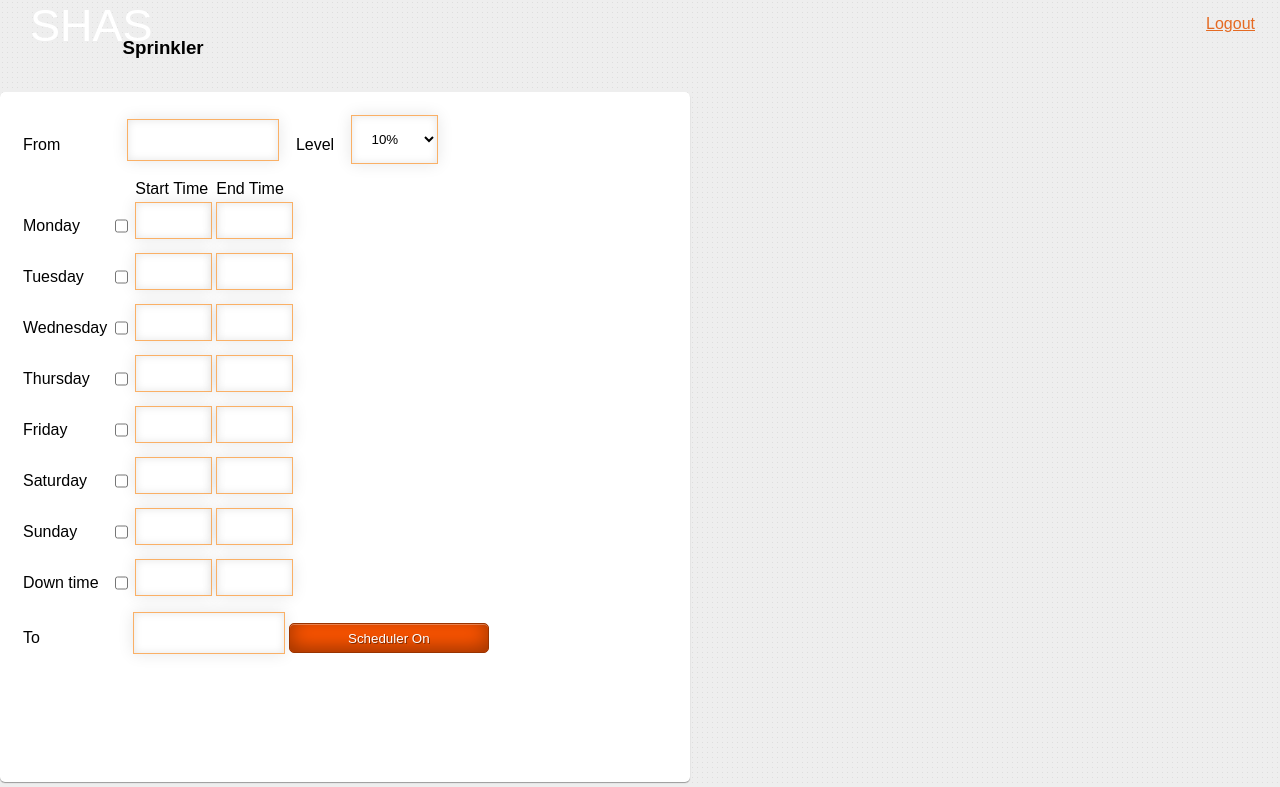
Repository: hassan-stash/shas
Page: http://localhost/SHAS/SprinklerGUI.jsp
The author's editor kept a copy of each file at every save. The page is drawn from the files as they stood at one save, then again after the next save.
The browser window is 1280 px wide. The pictures show the whole page.
The page is served by Tomcat 9. Other server files are loaded and not shown. The template is opened directly, without the code that normally fills it, so the values that code supplies are empty.

Above is the page before, as saved 2013-04-06 23:33:47.
Console error: ReferenceError: initMenu is not defined

### SHAS/WebContent/SprinklerGUI.jsp
<%@ page language="java" contentType="text/html; charset=ISO-8859-1"
	pageEncoding="ISO-8859-1" import="java.util.Calendar"%>
<!DOCTYPE html PUBLIC "-//W3C//DTD HTML 4.01 Transitional//EN" "http://www.w3.org/TR/html4/loose.dtd">
<html>
<head>
<meta http-equiv="Content-Type" content="text/html; charset=ISO-8859-1">

<title>Sprinkler GUI page</title>

<link rel="stylesheet" type="text/css"
	href="css/ui-lightness/jquery-ui-1.10.1.custom.css" />
<link rel="stylesheet" type="text/css" href="css/general.css" />
<link rel="stylesheet" type="text/css"
	href="css/ui-lightness/jquery-ui-1.10.1.custom.min.css" />
<link rel="stylesheet" type="text/css" href="css/timepicker.css" />
<script type="text/javascript" src="js/jquery-1.9.1.js"></script>
<script type="text/javascript" src="js/jquery-ui-1.10.1.custom.js"></script>
<script type="text/javascript" src="js/jquery-ui-1.10.1.custom.min.js"></script>
<script type="text/javascript" src="js/timepicker.js"></script>

<script>
	// When document ready, call initMenu() function
	$(document).ready(function() {
		initMenu();
	});
	$(document).ready(function() {
		$(function() {
			$('#selectedDateTime').datetimepicker();
		});
		$(function() {
			$('#fromDate').datetimepicker({
				dateFormat : 'yy-mm-dd'

			});
		});
		$(function() {
			$('#toDate').datetimepicker({
				dateFormat : 'yy-mm-dd'

			});
		});

		$(function() {
			$('#MonFromtime').datetimepicker({
				timeOnly : true

			});
		});
		$(function() {
			$('#MonTotime').datetimepicker({
				timeOnly : true

			});
		});
		$(function() {
			$('#TueFromtime').datetimepicker({
				timeOnly : true

			});
		});
		$(function() {
			$('#TueTotime').datetimepicker({
				timeOnly : true

			});
		});
		$(function() {
			$('#WedFromtime').datetimepicker({
				timeOnly : true

			});
		});
		$(function() {
			$('#WedTotime').datetimepicker({
				timeOnly : true

			});
		});
		$(function() {
			$('#ThuFromtime').datetimepicker({
				timeOnly : true

			});
		});
		$(function() {
			$('#ThuTotime').datetimepicker({
				timeOnly : true

			});
		});
		$(function() {
			$('#FriFromtime').datetimepicker({
				timeOnly : true

			});
		});
		$(function() {
			$('#FriTotime').datetimepicker({
				timeOnly : true

			});
		});
		$(function() {
			$('#SatFromtime').datetimepicker({
				timeOnly : true

			});
		});
		$(function() {
			$('#SatTotime').datetimepicker({
				timeOnly : true

			});
		});
		$(function() {
			$('#SunFromtime').datetimepicker({
				timeOnly : true

			});
		});
		$(function() {
			$('#SunTotime').datetimepicker({
				timeOnly : true

			});
		});
		$(function() {
			$('#DownFromtime').datetimepicker({
				timeOnly : true

			});
		});
		$(function() {
			$('#DownTotime').datetimepicker({
				timeOnly : true

			});
		});



		$(function() {
			$('#fromTime').datetimepicker({
				timeOnly : true

			});
		});
		$(function() {
			$('#toTime').datetimepicker({
				timeOnly : true

			});
		});

		$(function() {
			$('#overridefromDate').datetimepicker({
				dateFormat : 'yy-mm-dd'

			});
		});
		$(function() {
			$('#overrideToDate').datetimepicker({
				dateFormat : 'yy-mm-dd'

			});
		});
		$(function() {
			$('#shutFromDate').datetimepicker({
				dateFormat : 'yy-mm-dd'

			});
		});
		$(function() {
			$('#shutToDate').datetimepicker({
				dateFormat : 'yy-mm-dd'

			});
		});

	});

	function clickschedule() {
		document.sprinklerform.btnSchedule.value = "Sprinkler Off";
		//sprinklerform.submit();
	}
</script>

</head>
<body>


<div id="logo">SHAS</div>
<div id="logout"><a href="LogoutPage.jsp">Logout</a></div>
<!-- end of logout div -->
<form name="sprinklerform" action="SprinklerServlet" method="post"><br>

<%
	System.out.println("in scripletttttttttttttttttt");
	String btnScheduleValue;
	String btnOverScheduleValue;
	boolean ten = false;
	boolean twenty = false;
	boolean thirty = false;
	boolean forty = false;
	boolean fifty = false;
	boolean sixty = false;
	boolean seventy = false;
	boolean eighty = false;
	boolean ninety = false;
	boolean hundred = false;

	boolean monday = false;
	boolean tuesday = false;
	boolean wednesday =false;
	boolean thursday = false;
	boolean friday =false;
	boolean saturday =false;
	boolean sunday =false;
	boolean downtime =false;



	String Value;
	System.out.println("in scriplet");

	if (request.getAttribute("schedulerstatus") == null) {
		btnScheduleValue = "Scheduler On";

	} else {

		btnScheduleValue = (String) request
				.getAttribute("schedulerstatus");

	}





	String selectedFromdate = (String) request
			.getAttribute("cfromDate");
	String selectedTodate = (String) request.getAttribute("ctoDate");

	String oselectedFromdate = (String) request
			.getAttribute("ofromDate");
	String oselectedTodate = (String) request.getAttribute("otoDate");

	if (selectedFromdate == null) {
		selectedFromdate = "";
	}
	if (selectedTodate == null) {
		selectedTodate = "";
	}

	//-------------days set -------------------//
	String MonFromtime = (String) request
	.getAttribute("cMonFrom");
	String MonTotime = (String) request
	.getAttribute("cMonTo");
	if (MonFromtime == null)
	{
		MonFromtime = "";
	}
	if(MonTotime == null)
	{
		MonTotime ="";
	}

	String TueFromtime= (String) request
	.getAttribute("cTueFrom");
	String TueTotime= (String) request
	.getAttribute("cTueTo");
	if (TueFromtime == null)
	{
		TueFromtime = "";
	}
	if(TueTotime == null)
	{
		TueTotime ="";
	}

	String WedFromtime= (String) request
	.getAttribute("cWedFrom");
	String WedTotime= (String) request
	.getAttribute("cWedTo");
	if (WedFromtime == null)
	{
		WedFromtime = "";
	}
	if(WedTotime == null)
	{
		WedTotime ="";
	}

	String ThuFromtime= (String) request
	.getAttribute("cThuFrom");
	String ThuTotime= (String) request
	.getAttribute("cThuTo");
	if (ThuFromtime == null)
	{
		ThuFromtime = "";
	}
	if(ThuTotime == null)
	{
		ThuTotime ="";
	}

	String FriFromtime= (String) request
	.getAttribute("cFriFrom");
	String FriTotime= (String) request
	.getAttribute("cFriTo");
	if (FriFromtime == null)
	{
		FriFromtime = "";
	}
	if(FriTotime == null)
	{
		FriTotime ="";
	}

	String SatFromtime= (String) request
	.getAttribute("cSatFrom");
	String SatTotime= (String) request
	.getAttribute("cSatTo");
	if (SatFromtime == null)
	{
		SatFromtime = "";
	}
	if(SatTotime == null)
	{
		SatTotime ="";
	}


	String SunFromtime= (String) request
	.getAttribute("cSunFrom");
	String SunTotime= (String) request
	.getAttribute("cSunTo");
	if (SunFromtime == null)
	{
		SunFromtime = "";
	}
	if(SunTotime == null)
	{
		SunTotime ="";
	}


	String DownFromtime= (String) request
	.getAttribute("cDwnFrom");
	String DownTotime= (String) request
	.getAttribute("cDwnTo");
	if (DownFromtime == null)
	{
		DownFromtime = "";
	}
	if(DownTotime == null)
	{
		DownTotime ="";
	}

	//-----------------------------------------//


	//------------ for setting field values ----------------------------//
	System.out.println("beforen switch");

	String electedlevel = (String) request.getAttribute("clevel");
	if (electedlevel == null)
		electedlevel = "10";
	switch (Integer.parseInt(electedlevel)) {
	case 10:
		ten = true;
		break;
	case 20:
		twenty = true;
		break;
	case 30:
		thirty = true;
		break;
	case 40:
		forty = true;
		break;
	case 50:
		fifty = true;
		break;
	case 60:
		sixty = true;
		break;
	case 70:
		seventy = true;
		break;
	case 80:
		eighty = true;
		break;
	case 90:
		ninety = true;
		break;
	case 100:
		hundred = true;
		System.out.println("in hindred");
		break;
	default:
		ten = true;
		break;
	}


		//-------------required field check -------------------------------//
	String strMessage = "";
	if (request.getAttribute("ssReqFieldDefault") != null) {
		strMessage = request.getAttribute("ssReqFieldDefault")
				.toString();

	} else {
		strMessage = "";
	}

	System.out.println("outn switch");
%>

<div>

<h3>Sprinkler</h3>

<span type="text" id="lblMessage" name="lblMessage" class="color-red"><%=strMessage%></span>

</div>

<div>

<article>

<table border="0">
	<tr>
		<td>From &nbsp;&nbsp;&nbsp;&nbsp;&nbsp;&nbsp;&nbsp;&nbsp;&nbsp;&nbsp;&nbsp;&nbsp;&nbsp;</td>
		<td><input type="text" id="fromDate" name="fromDate"
			value="<%=selectedFromdate%>" class="dateinput" /></td>
			<td>&nbsp;&nbsp;&nbsp;Level&nbsp;&nbsp;&nbsp;</td>
		<td><select name="level">
			<option value="10" <%if (ten == true) {%> selected="selected" <%}%>>10%</option>
			<option value="20" <%if (twenty == true) {%> selected="selected"
				<%}%>>20%</option>
			<option value="30" <%if (thirty == true) {%> selected="selected"
				<%}%>>30%</option>
			<option value="40" <%if (forty == true) {%> selected="selected" <%}%>>40%</option>
			<option value="50" <%if (fifty == true) {%> selected="selected" <%}%>>50%</option>
			<option value="60" <%if (sixty == true) {%> selected="selected" <%}%>>60%</option>
			<option value="70" <%if (seventy == true) {%> selected="selected"
				<%}%>>70%</option>
			<option value="80" <%if (eighty == true) {%> selected="selected"
				<%}%>>80%</option>
			<option value="90" <%if (ninety == true) {%> selected="selected"
				<%}%>>90%</option>
			<option value="100" <%if (hundred == true) {%> selected="selected"
				<%}%>>100%</option>
		</select></td>

	</tr>
</table>

<table border="0">
	<tr>
		<td></td>
		<td>
		</td>
		<td>Start Time
		</td>
		<td>End Time </td>
	</tr>
	<tr>
		<td >Monday</td>
		<td ><input type="checkbox" name="chkMon" id="chkMon" <%if (monday == true) {%> checked="checked" <%}%> ></td>
		<td valign="top"><input type="text" id="MonFromtime" name="MonFromtime" class="timeinput"
			value="<%=MonFromtime%>" /></td>

		<td valign="top"><input type="text" id="MonTotime" name="MonTotime" class="timeinput"
			value="<%=MonTotime%>" /></td>
	</tr>
	<tr>
		<td>Tuesday</td>
		<td><input type="checkbox" name="chkTue" name="chkTue" <%if (tuesday == true) {%> checked="checked" <%}%>></td>
		<td><input type="text" id="TueFromtime" name="TueFromtime" class="timeinput"
			value="<%=TueFromtime%>" /></td>

		<td><input type="text" id="TueTotime" name="TueTotime" class="timeinput"
			value="<%=TueTotime%>" /></td>
	</tr>
	<tr>
		<td>Wednesday</td>
		<td><input type="checkbox" name="chkWed" name="chkWed" <%if (wednesday == true) {%> checked="checked" <%}%>></td>
		<td><input type="text" id="WedFromtime" name="WedFromtime" class="timeinput"
			value="<%=WedFromtime%>" /></td>

		<td><input type="text" id="WedTotime" name="WedTotime" class="timeinput"
			value="<%=WedTotime%>" /></td>
	</tr>
		<tr>
		<td>Thursday</td>
		<td><input type="checkbox" name="chkThu" name="chkThu" <%if (thursday == true) {%> checked="checked" <%}%>></td>
		<td><input type="text" id="ThuFromtime" name="ThuFromtime" class="timeinput"
			value="<%=ThuFromtime%>" /></td>

		<td><input type="text" id="ThuTotime" name="ThuTotime" class="timeinput"
			value="<%=ThuTotime%>" /></td>
	</tr>
	<tr>
		<td>Friday</td>
		<td><input type="checkbox" name="chkFri" name="chkFri" <%if (friday == true) {%> checked="checked" <%}%>></td>
		<td><input type="text" id="FriFromtime" name="FriFromtime" class="timeinput"
			value="<%=FriFromtime%>" /></td>

		<td><input type="text" id="FriTotime" name="FriTotime" class="timeinput"
			value="<%=FriTotime%>" /></td>
	</tr>
	<tr>
		<td>Saturday</td>
		<td><input type="checkbox" name="chkSat" name="chkSat" <%if (saturday== true) {%> checked="checked" <%}%>></td>
		<td><input type="text" id="SatFromtime" name="SatFromtime" class="timeinput"
			value="<%=SatFromtime%>" /></td>

		<td><input type="text" id="SatTotime" name="SatTotime" class="timeinput"
			value="<%=SatTotime%>" /></td>
	</tr>
	<tr>
		<td>Sunday</td>
		<td><input type="checkbox" name="chkSun" name="chkSunday"
			<%if (sunday == true) {%> checked="checked" <%}%>></td>
		<td><input type="text" id="SunFromtime" name="SunFromtime" class="timeinput"
			value="<%=SunFromtime%>" /></td>
		<td><input type="text" id="SunTotime" name="SunTotime" class="timeinput"
			value="<%=SunTotime%>" /></td>
	</tr>
	<tr>

		<td>Down time</td>
		<td><input type="checkbox" name="chkDown" name="chkDown"
			<%if (downtime == true) {%> checked="checked" <%}%>></td>
		<td><input type="text" id="DownFromtime" name="DownFromtime" class="timeinput"
			value="<%=DownFromtime%>" /></td>

		<td><input type="text" id="DownTotime" name="DownTotime" class="timeinput"
			value="<%=DownTotime%>" /></td>

	</tr>


</table>
<table border="0">
	<tr>
		<td>To &nbsp;&nbsp;&nbsp;&nbsp;&nbsp;&nbsp;&nbsp;&nbsp;&nbsp;&nbsp;&nbsp;&nbsp;&nbsp;&nbsp;&nbsp;&nbsp;&nbsp;&nbsp;&nbsp;</td>
		<td><input type="text" id="fromDate" name="fromDate"
			value="<%=selectedTodate%>" class="dateinput" /></td>
			<td><input type="submit" id="btnSchedule" name="btnSchedule"
			value="<%=btnScheduleValue%>" class="buttonorange " /></td>

	</tr>

</table>


</article>

</div>

</form>
</body>
</html>

### SHAS/WebContent/css/general.css
<style type="text/css">
.color-red {
	color: #F00;
}

body {
	background: #eee
		url(data:[embedded picture, 218 characters]);
	font-family: Arial, Helvetica, sans-serif;
	font-size: 16px;
	margin: 0;
	padding: 0;
}

#header {
	background: none repeat scroll 0 0 #000000;
	height: 50px;
	width: 100%;
	top: 15px;
}

#topmenu ul {
	float: left;
	top: 15px;
	padding: 0;
	text-align: center;
	width: auto;
}

ul {
	list-style: none outside none;
}

#topmenu li {
	list-style-type: none;
	padding-left: 38px;
	padding-right: 38px;
	display: inline;
	height: 22px;
	text-align: center;
	width: auto;
}

#logout {
	float: right;
	position: relative;
	top: 15px;
	padding-right: 25px;
}

a {
	color: #E56A22;
}

#topmenu {
	display: block;
	float: left;
	position: relative;
	color: white;
	height: 30px;
	width: 800px;
	left: 50px;
}

#welcomeName {
	color: white;
	float: right;
	position: relative;
	top: 15px;
	right: 30px;
	padding-right: 2px;
}

aside {
	float: left;
	margin-right: 20px;
	width: 250px;
	display: block;
}

nav {
	display: block;
}

/* Vertical menu */
#menu {
	display: block;
}

#menu ul {
	position: relative;
	padding: 0;
}

#menu li {
	margin: 0 0 3px 0;
}

#menu a {
	display: block;
	*display: inline-block;
	*width: 240px;
	text-decoration: none;
	background: #ddd;
	color: #444;
	padding: 10px 5px;
	text-transform: uppercase;
	font: bold 14px Arial, Helvetica, sans-serif;
	-moz-border-radius: 5px;
	-webkit-border-radius: 5px;
	border-radius: 5px;
	-moz-box-shadow: 0 1px 0 #ccc;
	-webkit-box-shadow: 0 1px 0 #ccc;
	box-shadow: 0 1px 0 #ccc;
}

#menu a:hover {
	color: #eee;
	background: #9c9c9c;
	background: -webkit-gradient(linear, left top, left bottom, from(#bbb),
		to(#999) );
	background: -webkit-linear-gradient(top, #bbb, #999);
	background: -moz-linear-gradient(top, #bbb, #999);
	background: -ms-linear-gradient(top, #bbb, #999);
	background: -o-linear-gradient(top, #bbb, #999);
	background: linear-gradient(top, #bbb, #999);
}

#menu .expandable {
	position: relative;
}

#menu .expandable:before,#menu .expandable:after {
	content: '';
	position: absolute;
	right: 5px;
	margin-top: 5px;
	border-top: 6px solid #444;
	border-right: 6px solid transparent;
	border-left: 6px solid transparent;
}

#menu .expandable:before {
	border-top-color: #fff;
	margin-top: 6px;
}

#menu .expanded:after {
	border-top: 0;
	border-bottom: 6px solid #444;
}

#menu .expanded:before {
	border-top: 0;
	border-bottom: 6px solid #fff;
}

#menu ul a {
	background: #f2f2f2;
	text-transform: none;
	font-weight: normal;
}

#menu ul a:hover {
	background: #fafafa;
	color: #444;
}

#logo {
	color: #ffffff;
	font-family: 'Wendy One', sans-serif;
	font-size: 45px;
	position: relative;
	left: 30px;
	float: left;
}

footer {
	position: relative;
	text-align: right;
	width: 100%;
	background-color: white;
	display: block;
	top: 559px;
	height: 20px;
	font-size: 14px;
}

section {
	position: relative;
	display: block;
	top: 15px;
	left: 18px;
}

#content {
	float: left;
	width: 350px;
}

article {
	position: relative;
	padding: 20px;
	top: 15px;
	margin: 0 0 20px 0;
	text-align: left;
	background: #fff;
	-moz-box-shadow: 0 1px 1px #999;
	-webkit-box-shadow: 0 1px 1px #999;
	box-shadow: 0 1px 1px #999;
	-moz-border-radius: 5px;
	-webkit-border-radius: 5px;
	border-radius: 5px;
	height: 650px;
	width: 650px
}

articletime {
	position: relative;
	padding: 20px;
	top: 15px;
	margin: 0 0 20px 0;
	text-align: left;
	background: #fff;
	-moz-box-shadow: 0 1px 1px #999;
	-webkit-box-shadow: 0 1px 1px #999;
	box-shadow: 0 1px 1px #999;
	-moz-border-radius: 5px;
	-webkit-border-radius: 5px;
	border-radius: 5px;
	height: 600px;
	width: 650px
}

button {
	height: 40px;
	width: 70px;
	background-color: #DDDDDD;
	border: 1px solid #BBBBBB;
	border-radius: 3px 3px 3px 3px;
	box-shadow: 0 1px 0 rgba(0, 0, 0, 0.3), 0 2px 2px -1px
		rgba(0, 0, 0, 0.5), 0 1px 0 rgba(255, 255, 255, 0.3) inset;
	color: #555555;
	cursor: pointer;
	font: bold 13px arial, helvetica, sans-serif;
	text-shadow: 0 1px 0 rgba(255, 255, 255, 0.9);
	position: relative;
	margin-left: 30px;
	padding: 2px;
}

button:hover {
	background-color: #EEEEEE;
	color: #555555;
}

#sprinkbtn {
	left: 65px;
	background-color: lightgreen;
}

#thermobtn {
	left: 49px;
	background-color: ff3300;
}

#lightbtn {
	left: 72px;
	background-color: ff3300;
}

.status {
	position: relative;
	margin-left: 15px;
	text-align: left;
	padding: 5px;
}

#devstatustab {
	position: relative;
	background: #4c4c4c; /* Old browsers */
	background: -moz-linear-gradient(top, #4c4c4c 12%, #111111 51%, #2b2b2b 76%, #1c1c1c
		91%, #131313 100%); /* FF3.6+ */
	background: -webkit-gradient(linear, left top, left bottom, color-stop(12%, #4c4c4c),
		color-stop(51%, #111111), color-stop(76%, #2b2b2b),
		color-stop(91%, #1c1c1c), color-stop(100%, #131313) );
	/* Chrome,Safari4+ */
	background: -webkit-linear-gradient(top, #4c4c4c 12%, #111111 51%, #2b2b2b 76%,
		#1c1c1c 91%, #131313 100%); /* Chrome10+,Safari5.1+ */
	background: -o-linear-gradient(top, #4c4c4c 12%, #111111 51%, #2b2b2b 76%, #1c1c1c
		91%, #131313 100%); /* Opera 11.10+ */
	background: -ms-linear-gradient(top, #4c4c4c 12%, #111111 51%, #2b2b2b 76%, #1c1c1c
		91%, #131313 100%); /* IE10+ */
	background: linear-gradient(to bottom, #4c4c4c 12%, #111111 51%, #2b2b2b 76%,
		#1c1c1c 91%, #131313 100%); /* W3C */
	filter: progid :     DXImageTransform.Microsoft.gradient (
		 startColorstr =
		  '#4c4c4c', endColorstr =     '#131313', GradientType =     0 );
	/* IE6-9 */
	width: 100%;
	height: 20px;
	color: white;
	text-align: center;
}

select {
	border: 1px solid #FAB066;
	-webkit-box-shadow: inset 0 0 8px rgba(0, 0, 0, 0.1), 0 0 16px
		rgba(0, 0, 0, 0.1);
	-moz-box-shadow: inset 0 0 8px rgba(0, 0, 0, 0.1), 0 0 16px
		rgba(0, 0, 0, 0.1);
	box-shadow: inset 0 0 8px rgba(0, 0, 0, 0.1), 0 0 16px
		rgba(0, 0, 0, 0.1);
	padding: 15px;
	background: rgba(255, 255, 255, 0.5);
	margin: 0 0 10px 0;
}

.inputstatus{
	border: 1px solid #FAB066;
	-webkit-box-shadow: inset 0 0 8px rgba(0, 0, 0, 0.1), 0 0 16px
		rgba(0, 0, 0, 0.1);
	-moz-box-shadow: inset 0 0 8px rgba(0, 0, 0, 0.1), 0 0 16px
		rgba(0, 0, 0, 0.1);
	box-shadow: inset 0 0 8px rgba(0, 0, 0, 0.1), 0 0 16px
		rgba(0, 0, 0, 0.1);
	padding: 15px;
	background: rgba(255, 255, 255, 0.5);
	margin: 0 0 10px 0;
	height: 10px;
	width: 50px
}

.dateinput{
	border: 1px solid #FAB066;
	-webkit-box-shadow: inset 0 0 8px rgba(0, 0, 0, 0.1), 0 0 16px
		rgba(0, 0, 0, 0.1);
	-moz-box-shadow: inset 0 0 8px rgba(0, 0, 0, 0.1), 0 0 16px
		rgba(0, 0, 0, 0.1);
	box-shadow: inset 0 0 8px rgba(0, 0, 0, 0.1), 0 0 16px
		rgba(0, 0, 0, 0.1);
	padding: 15px;
	background: rgba(255, 255, 255, 0.5);
	margin: 0 0 10px 0;
	height: 10px;
	width: 120px
}

.timeinput{
	border: 1px solid #FAB066;
	-webkit-box-shadow: inset 0 0 8px rgba(0, 0, 0, 0.1), 0 0 16px
		rgba(0, 0, 0, 0.1);
	-moz-box-shadow: inset 0 0 8px rgba(0, 0, 0, 0.1), 0 0 16px
		rgba(0, 0, 0, 0.1);
	box-shadow: inset 0 0 8px rgba(0, 0, 0, 0.1), 0 0 16px
		rgba(0, 0, 0, 0.1);
	padding: 15px;
	background: rgba(255, 255, 255, 0.5);
	margin: 0 0 10px 0;
	height: 5px;
	width: 45px
}

select {
	border: 1px solid #FAB066;
	-webkit-box-shadow: inset 0 0 8px rgba(0, 0, 0, 0.1), 0 0 16px
		rgba(0, 0, 0, 0.1);
	-moz-box-shadow: inset 0 0 8px rgba(0, 0, 0, 0.1), 0 0 16px
		rgba(0, 0, 0, 0.1);
	box-shadow: inset 0 0 8px rgba(0, 0, 0, 0.1), 0 0 16px
		rgba(0, 0, 0, 0.1);
	padding: 15px;
	background: rgba(255, 255, 255, 0.5);
	margin: 0 0 10px 0;
}

a.button {
    cursor: pointer;
    color: white;
    text-shadow: 1px 1px 0px rgba(0,0,0,0.4);
    padding: 6px 20px;
    border-radius: 5px;
    box-shadow: inset 0px 1px rgba(255,255,255,0.3),
        inset 0px -5px 20px rgba(0,0,0,0.4);
        height: 20px;
	width: 200px

}
.buttonorange {
    cursor: pointer;
    color: white;
    text-shadow: 1px 1px 0px rgba(0,0,0,0.4);
    padding: 6px 20px;
    border-radius: 5px;
    box-shadow: inset 0px 1px rgba(255,255,255,0.3),
        inset 0px -5px 20px rgba(0,0,0,0.4);
        height: 20px;
	width: 200px

}
.buttonorangesmall {
    cursor: pointer;
    color: white;
    text-shadow: 1px 1px 0px rgba(0,0,0,0.4);
    padding: 6px 20px;
    border-radius: 5px;
    box-shadow: inset 0px 1px rgba(255,255,255,0.3),
        inset 0px -5px 20px rgba(0,0,0,0.4);
        height: 20px;
	width: 100px

}

a.button:hover {
    box-shadow: inset 0px 1px rgba(255,255,255,0.3),
        inset 0px -5px 20px rgba(0,0,0,0.4),
        0px 2px 6px rgba(0,0,0,0.4);
}

a.button:active {
    box-shadow: inset 0px 1px rgba(255,255,255,0.3),
        inset 0px 5px 20px rgba(0,0,0,0.4);
}

a.button.default {
    background: #555;
    border:1px solid #333;
}
input[type="submit"]  {
    background: #f50;
    border:1px solid #930;
    height: 30px


}
input[type="checkbox"]  {
    background: #f50;
    border:1px solid #930;
    height: 30px


}

</style>

Loaded but not shown: SHAS/WebContent/css/ui-lightness/jquery-ui-1.10.1.custom.css (library); SHAS/WebContent/css/ui-lightness/jquery-ui-1.10.1.custom.min.css (library); SHAS/WebContent/css/timepicker.css (common file); SHAS/WebContent/js/jquery-1.9.1.js (library); SHAS/WebContent/js/jquery-ui-1.10.1.custom.js (library); SHAS/WebContent/js/jquery-ui-1.10.1.custom.min.js (library); SHAS/WebContent/js/timepicker.js (1919 lines, source omitted)

After the next save:
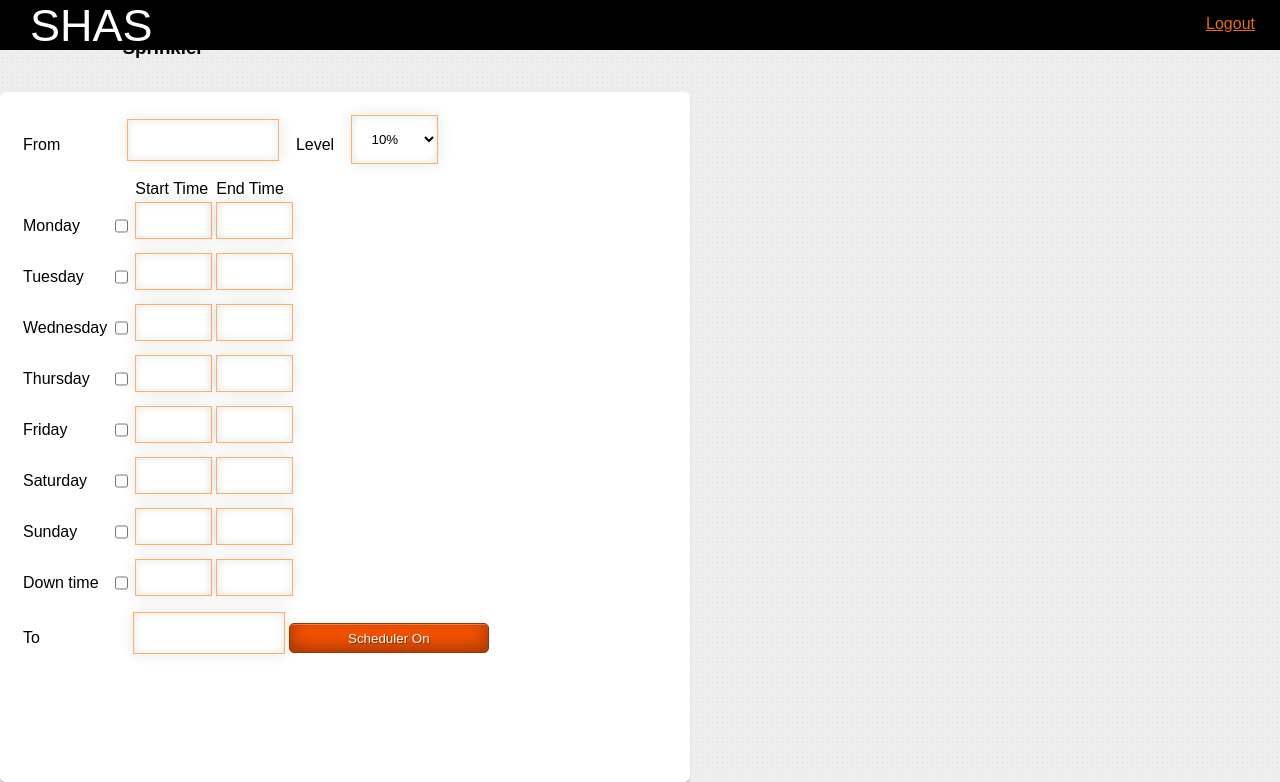
Saved 5 min 12 s later.
--- a/SHAS/WebContent/SprinklerGUI.jsp
+++ b/SHAS/WebContent/SprinklerGUI.jsp
@@ -189,9 +189,11 @@
 <body>
 
 
+<div id="header">
 <div id="logo">SHAS</div>
 <div id="logout"><a href="LogoutPage.jsp">Logout</a></div>
 <!-- end of logout div -->
+
 <form name="sprinklerform" action="SprinklerServlet" method="post"><br>
 
 <%
